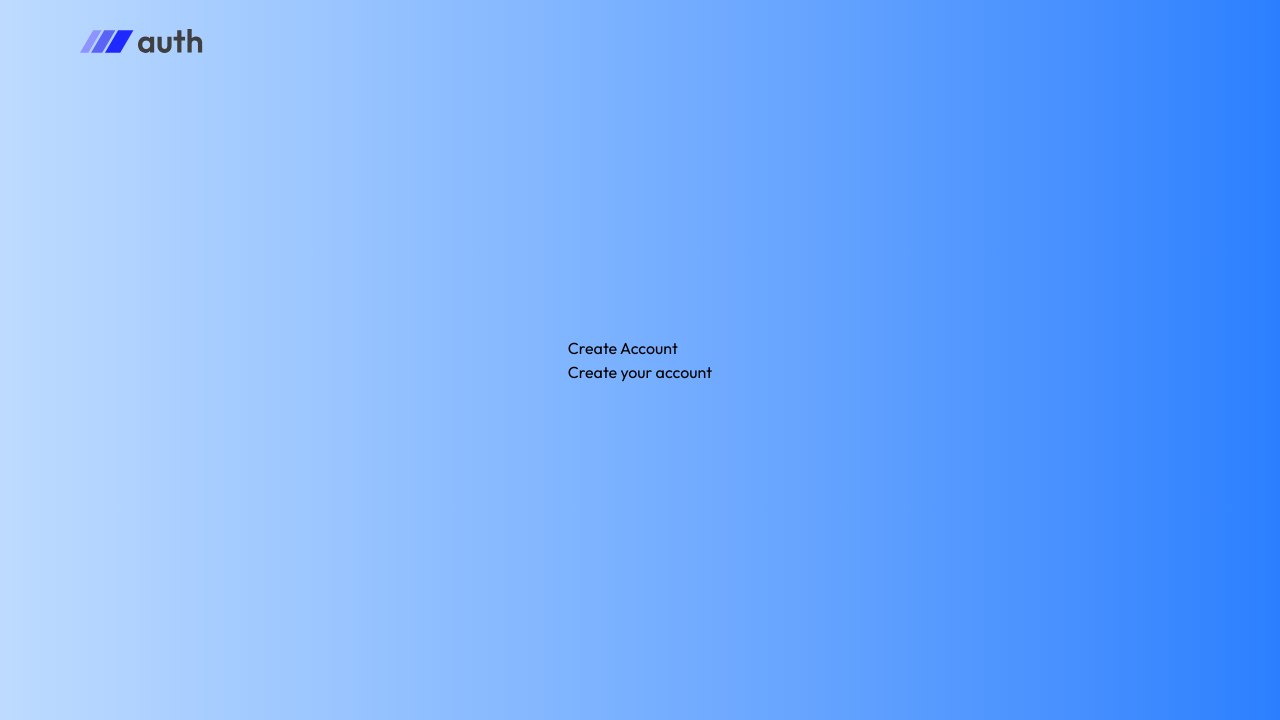
Repository: AuthnSapuarachchi/AuthnticationApplication-MERN-Stack
Page: /login (app in client/)
The author's editor kept a copy of each file at every save. The page is drawn from the files as they stood at one save, then again after the next save.
The browser window is 1280 px wide. The pictures show the whole page.
The project was rebuilt for these pictures with package versions that can differ from the ones it lists, and the page was loaded fresh each time. Also part of the build but not shown: client/vite.config.js, client/src/components/NavBar.jsx, client/src/components/Header.jsx, client/src/pages/home.jsx, client/src/pages/ResetPassword.jsx, client/src/pages/EmailVerify.jsx.

Above is the page before, as saved 2025-07-31 12:01:24.

After the next save:
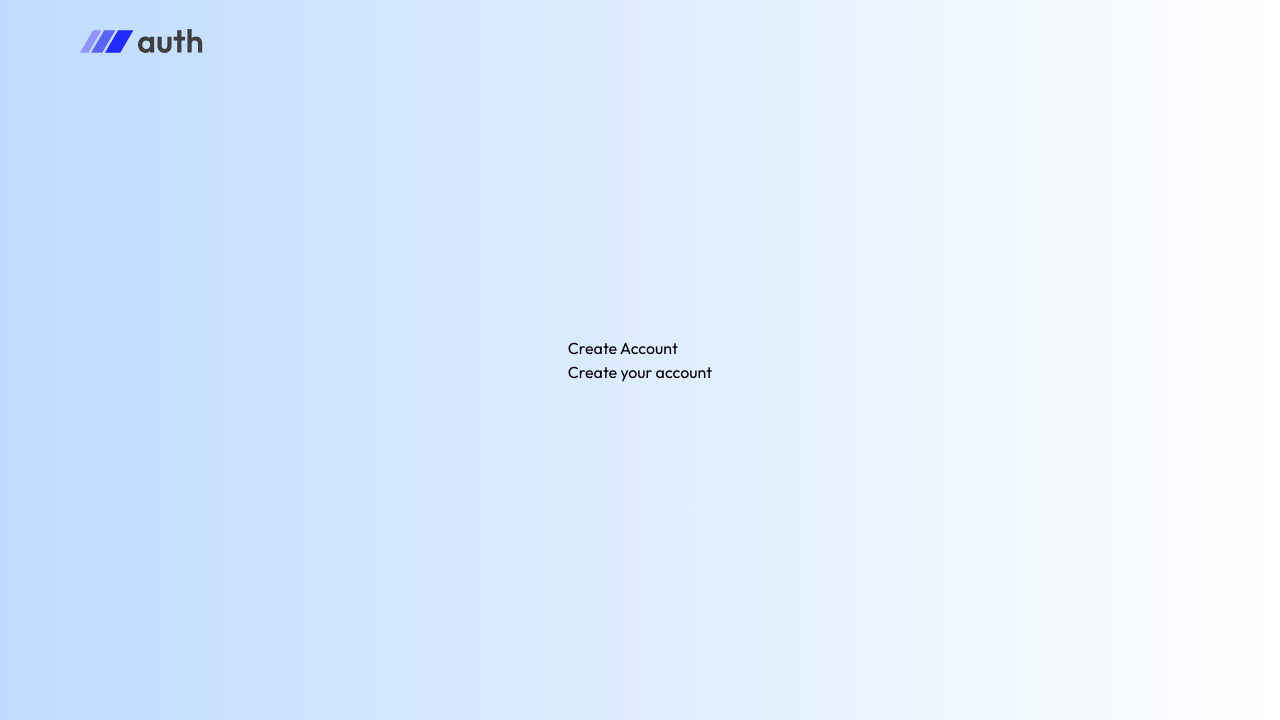
Saved 6 s later.
--- a/client/src/pages/login.jsx
+++ b/client/src/pages/login.jsx
@@ -5,7 +5,7 @@ const Login = () => {
   const [state, setState] = useState('Sign Up');
 
   return (
-    <div className='flex items-center justify-center min-h-screen px-6 sm:px-0 bg-gradient-to-r from-blue-200 to-blue-500 relative'>
+    <div className='flex items-center justify-center min-h-screen px-6 sm:px-0 bg-gradient-to-r from-blue-200 to-b relative'>
       <img src={assets.logo} alt="" className='absolute left-5 sm:left-20
       top-5 w-28 sm:w-32 cursor-pointer' />
       <div>
